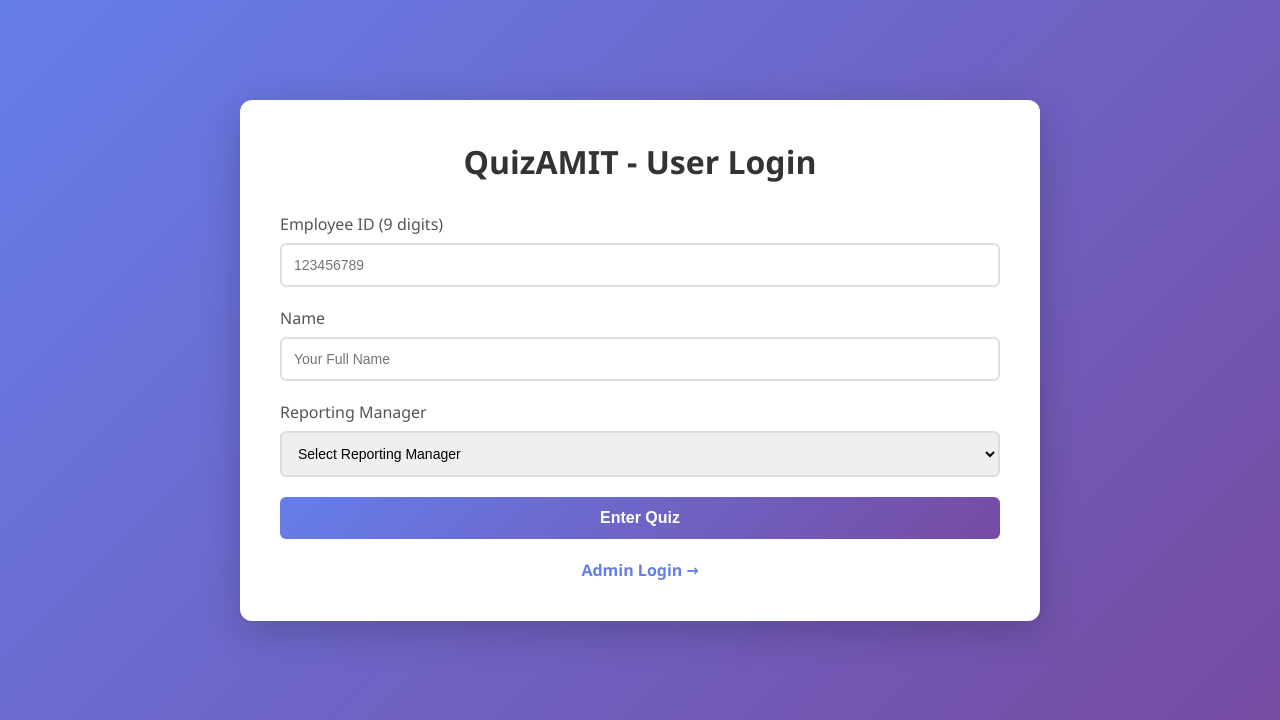
Repository: sivakumarun/wequiz
Page: frontend/index.html
The author's editor kept a copy of each file at every save. The page is drawn from the files as they stood at one save, then again after the next save.
The browser window is 1280 px wide. The pictures show the whole page.
The page's requests for data from a server got no answer.

Above is the page before, as saved 2026-02-05 01:33:58.

### frontend/index.html
<!DOCTYPE html>
<html lang="en">
<head>
    <meta charset="UTF-8">
    <meta name="viewport" content="width=device-width, initial-scale=1.0">
    <title>QuizAMIT - Live Quiz and Poll Platform</title>
    <style>
        * {
            margin: 0;
            padding: 0;
            box-sizing: border-box;
        }
        body {
            font-family: 'Segoe UI', Tahoma, Geneva, Verdana, sans-serif;
            background: linear-gradient(135deg, #667eea 0%, #764ba2 100%);
            min-height: 100vh;
            display: flex;
            align-items: center;
            justify-content: center;
        }
        #root {
            width: 100%;
            max-width: 800px;
        }
        .container {
            background: white;
            border-radius: 12px;
            padding: 40px;
            box-shadow: 0 10px 40px rgba(0, 0, 0, 0.2);
        }
        h1 {
            color: #333;
            margin-bottom: 30px;
            text-align: center;
        }
        .form-group {
            margin-bottom: 20px;
        }
        label {
            display: block;
            margin-bottom: 8px;
            color: #555;
            font-weight: 500;
        }
        input, select {
            width: 100%;
            padding: 12px;
            border: 2px solid #ddd;
            border-radius: 6px;
            font-size: 14px;
            transition: border-color 0.3s;
        }
        input:focus, select:focus {
            outline: none;
            border-color: #667eea;
        }
        button {
            width: 100%;
            padding: 12px;
            background: linear-gradient(135deg, #667eea 0%, #764ba2 100%);
            color: white;
            border: none;
            border-radius: 6px;
            font-size: 16px;
            font-weight: 600;
            cursor: pointer;
            transition: transform 0.2s, box-shadow 0.2s;
        }
        button:hover {
            transform: translateY(-2px);
            box-shadow: 0 10px 20px rgba(102, 126, 234, 0.4);
        }
        .error {
            color: #e74c3c;
            font-size: 14px;
            margin-top: 5px;
        }
        .success {
            color: #27ae60;
            font-size: 14px;
            margin-top: 5px;
        }
    </style>
</head>
<body>
    <div id="root"></div>
    <script src="./app.js"></script>
</body>
</html>

### frontend/app.js
const API_BASE_URL = 'http://localhost:5000/api';
let currentUser = null;
let currentAdminToken = null;

// Initialize app
document.addEventListener('DOMContentLoaded', () => {
    checkUserSession();
});

// Check if user is already logged in
function checkUserSession() {
    const user = localStorage.getItem('user');
    if (user) {
        currentUser = JSON.parse(user);
        showUserDashboard();
    } else {
        showLoginPage();
    }
}

// Show login page
function showLoginPage() {
    const root = document.getElementById('root');
    root.innerHTML = `
        <div class="container">
            <h1>QuizAMIT - User Login</h1>
            <form id="loginForm">
                <div class="form-group">
                    <label for="employeeId">Employee ID (9 digits)</label>
                    <input type="text" id="employeeId" placeholder="123456789" required maxlength="9" pattern="[0-9]{9}">
                </div>
                <div class="form-group">
                    <label for="name">Name</label>
                    <input type="text" id="name" placeholder="Your Full Name" required>
                </div>
                <div class="form-group">
                    <label for="reportingManager">Reporting Manager</label>
                    <select id="reportingManager" required>
                        <option value="">Select Reporting Manager</option>
                    </select>
                </div>
                <button type="submit">Enter Quiz</button>
                <div id="loginError"></div>
            </form>
            <div style="text-align: center; margin-top: 20px;">
                <a href="#" onclick="showAdminLogin()" style="color: #667eea; text-decoration: none; font-weight: 600;">Admin Login →</a>
            </div>
        </div>
    `;

    loadReportingManagers();
    document.getElementById('loginForm').addEventListener('submit', handleUserLogin);
}

// Load reporting managers dropdown
async function loadReportingManagers() {
    try {
        const response = await fetch(`${API_BASE_URL}/reporting-managers`);
        const managers = await response.json();
        const select = document.getElementById('reportingManager');
        managers.forEach(manager => {
            const option = document.createElement('option');
            option.value = manager.name;
            option.textContent = manager.name;
            select.appendChild(option);
        });
    } catch (error) {
        console.error('Error loading managers:', error);
    }
}

// Handle user login
async function handleUserLogin(e) {
    e.preventDefault();
    const employeeId = document.getElementById('employeeId').value;
    const name = document.getElementById('name').value;
    const reportingManager = document.getElementById('reportingManager').value;

    try {
        const response = await fetch(`${API_BASE_URL}/user/login`, {
            method: 'POST',
            headers: { 'Content-Type': 'application/json' },
            body: JSON.stringify({ employeeId, name, reportingManager })
        });

        const user = await response.json();
        currentUser = user;
        localStorage.setItem('user', JSON.stringify(user));
        showUserDashboard();
    } catch (error) {
        document.getElementById('loginError').innerHTML = `<div class="error">Login failed. Please try again.</div>`;
    }
}

// Show user dashboard (waiting for questions)
function showUserDashboard() {
    const root = document.getElementById('root');
    root.innerHTML = `
        <div class="container">
            <div style="background: #f8f9fa; padding: 20px; border-radius: 8px; margin-bottom: 30px;">
                <div style="display: grid; grid-template-columns: repeat(3, 1fr); gap: 15px; margin-bottom: 15px;">
                    <div>
                        <strong style="color: #666;">Employee ID</strong>
                        <p style="font-size: 16px; color: #333;">${currentUser.employeeId}</p>
                    </div>
                    <div>
                        <strong style="color: #666;">Name</strong>
                        <p style="font-size: 16px; color: #333;">${currentUser.name}</p>
                    </div>
                    <div>
                        <strong style="color: #666;">Manager</strong>
                        <p style="font-size: 16px; color: #333;">${currentUser.reportingManager}</p>
                    </div>
                </div>
                <div style="text-align: right;">
                    <strong style="color: #667eea; font-size: 18px;">Points: ${currentUser.points || 0}</strong>
                </div>
            </div>

            <div style="background: linear-gradient(135deg, #667eea 0%, #764ba2 100%); color: white; padding: 60px 20px; border-radius: 8px; text-align: center; margin-bottom: 20px;">
                <h2 style="font-size: 32px; margin-bottom: 10px;">Waiting for Next Question...</h2>
                <p style="font-size: 18px; opacity: 0.9;">Stay tuned! A new question will appear here soon.</p>
            </div>

            <button onclick="logout()" style="background: #e74c3c;">Logout</button>
        </div>
    `;

    pollForQuestions();
}

// Poll for active questions
async function pollForQuestions() {
    setInterval(async () => {
        try {
            const response = await fetch(`${API_BASE_URL}/session`);
            const session = await response.json();
            if (session.activeQuestionId) {
                showQuestion(session.activeQuestionId);
                clearInterval();
            }
        } catch (error) {
            console.error('Error polling questions:', error);
        }
    }, 2000);
}

// Show question to user
function showQuestion(question) {
    const root = document.getElementById('root');
    root.innerHTML = `
        <div class="container">
            <div style="background: #f8f9fa; padding: 20px; border-radius: 8px; margin-bottom: 30px;">
                <div style="display: grid; grid-template-columns: repeat(3, 1fr); gap: 15px;">
                    <div>
                        <strong style="color: #666;">Employee ID</strong>
                        <p style="font-size: 14px; color: #333;">${currentUser.employeeId}</p>
                    </div>
                    <div>
                        <strong style="color: #666;">Name</strong>
                        <p style="font-size: 14px; color: #333;">${currentUser.name}</p>
                    </div>
                    <div>
                        <strong style="color: #666;">Manager</strong>
                        <p style="font-size: 14px; color: #333;">${currentUser.reportingManager}</p>
                    </div>
                </div>
            </div>

            <div style="background: white; border: 3px solid #667eea; border-radius: 8px; padding: 30px; margin-bottom: 20px;">
                <h2 style="color: #333; margin-bottom: 20px;">${question.text}</h2>
                <div id="optionsContainer" style="display: grid; grid-template-columns: 1fr; gap: 10px;"></div>
            </div>

            <button onclick="logout()" style="background: #e74c3c;">Logout</button>
        </div>
    `;

    renderOptions(question);
}

// Render question options
function renderOptions(question) {
    const container = document.getElementById('optionsContainer');
    if (question.options && question.options.length > 0) {
        question.options.forEach((option, index) => {
            const button = document.createElement('button');
            button.textContent = option;
            button.style.background = '#667eea';
            button.style.marginBottom = '10px';
            button.onclick = () => submitAnswer(question._id, option);
            container.appendChild(button);
        });
    }
}

// Submit answer
async function submitAnswer(questionId, answer) {
    try {
        await fetch(`${API_BASE_URL}/responses`, {
            method: 'POST',
            headers: { 'Content-Type': 'application/json' },
            body: JSON.stringify({
                userId: currentUser._id,
                questionId: questionId,
                answer: answer,
                responseTime: Date.now()
            })
        });
        showUserDashboard();
    } catch (error) {
        console.error('Error submitting answer:', error);
    }
}

// Show admin login
function showAdminLogin() {
    const root = document.getElementById('root');
    root.innerHTML = `
        <div class="container">
            <h1>Admin Login</h1>
            <form id="adminLoginForm">
                <div class="form-group">
                    <label for="adminPassword">Admin Password</label>
                    <input type="password" id="adminPassword" placeholder="Enter admin password" required>
                </div>
                <button type="submit">Login as Admin</button>
                <div id="adminError"></div>
            </form>
            <div style="text-align: center; margin-top: 20px;">
                <a href="#" onclick="showLoginPage()" style="color: #667eea; text-decoration: none; font-weight: 600;">← User Login</a>
            </div>
        </div>
    `;
    document.getElementById('adminLoginForm').addEventListener('submit', handleAdminLogin);
}

// Handle admin login
async function handleAdminLogin(e) {
    e.preventDefault();
    const password = document.getElementById('adminPassword').value;

    try {
        const response = await fetch(`${API_BASE_URL}/admin/login`, {
            method: 'POST',
            headers: { 'Content-Type': 'application/json' },
            body: JSON.stringify({ password })
        });

        const data = await response.json();
        if (data.token) {
            currentAdminToken = data.token;
            localStorage.setItem('adminToken', data.token);
            showAdminDashboard();
        }
    } catch (error) {
        document.getElementById('adminError').innerHTML = `<div class="error">Login failed. Please try again.</div>`;
    }
}

// Show admin dashboard
function showAdminDashboard() {
    const root = document.getElementById('root');
    root.innerHTML = `
        <div class="container">
            <h1>Admin Dashboard</h1>
            <div style="display: grid; grid-template-columns: 1fr 1fr; gap: 15px; margin-bottom: 30px;">
                <button onclick="showQuestionForm()" style="background: #27ae60; padding: 20px; font-size: 16px;">Add Question</button>
                <button onclick="showSessionControl()" style="background: #2980b9; padding: 20px; font-size: 16px;">Session Control</button>
                <button onclick="showLeaderboard()" style="background: #f39c12; padding: 20px; font-size: 16px;">View Leaderboard</button>
                <button onclick="logout()" style="background: #e74c3c; padding: 20px; font-size: 16px;">Logout</button>
            </div>
        </div>
    `;
}

// Show question form
function showQuestionForm() {
    const root = document.getElementById('root');
    root.innerHTML = `
        <div class="container">
            <h1>Create Question</h1>
            <form id="questionForm">
                <div class="form-group">
                    <label for="questionText">Question</label>
                    <textarea id="questionText" placeholder="Enter question" required style="height: 80px;"></textarea>
                </div>
                <div class="form-group">
                    <label for="questionType">Question Type</label>
                    <select id="questionType" required>
                        <option value="MCQ">Multiple Choice</option>
                        <option value="True/False">True/False</option>
                        <option value="Poll">Poll</option>
                    </select>
                </div>
                <div id="optionsDiv"></div>
                <button type="submit">Create Question</button>
            </form>
            <button onclick="showAdminDashboard()" style="background: #95a5a6; margin-top: 10px;">Back</button>
        </div>
    `;

    document.getElementById('questionType').addEventListener('change', updateQuestionForm);
    document.getElementById('questionForm').addEventListener('submit', handleCreateQuestion);
    updateQuestionForm();
}

// Update question form based on type
function updateQuestionForm() {
    const type = document.getElementById('questionType').value;
    const optionsDiv = document.getElementById('optionsDiv');

    let html = '';
    if (type === 'MCQ' || type === 'Poll') {
        html = `
            <div class="form-group">
                <label>Options (one per line)</label>
                <textarea id="options" placeholder="Option 1&#10;Option 2&#10;Option 3" required style="height: 100px;"></textarea>
            </div>
        `;
        if (type === 'MCQ') {
            html += `
                <div class="form-group">
                    <label for="correctAnswer">Correct Answer</label>
                    <input type="text" id="correctAnswer" placeholder="Enter correct answer" required>
                </div>
            `;
        }
    } else if (type === 'True/False') {
        html = `
            <div class="form-group">
                <label for="correctAnswer">Correct Answer</label>
                <select id="correctAnswer" required>
                    <option value="">Select</option>
                    <option value="True">True</option>
                    <option value="False">False</option>
                </select>
            </div>
        `;
    }
    optionsDiv.innerHTML = html;
}

// Handle create question
async function handleCreateQuestion(e) {
    e.preventDefault();
    const text = document.getElementById('questionText').value;
    const type = document.getElementById('questionType').value;
    const correctAnswer = document.getElementById('correctAnswer')?.value || '';
    const optionsText = document.getElementById('options')?.value || '';
    const options = optionsText ? optionsText.split('\n').map(o => o.trim()).filter(o => o) : [];

    try {
        await fetch(`${API_BASE_URL}/questions`, {
            method: 'POST',
            headers: {
                'Content-Type': 'application/json',
                'Authorization': `Bearer ${currentAdminToken}`
            },
            body: JSON.stringify({ text, type, options, correctAnswer, points: 10 })
        });
        alert('Question created successfully!');
        showAdminDashboard();
    } catch (error) {
        alert('Error creating question');
    }
}

// Show session control
function showSessionControl() {
    const root = document.getElementById('root');
    root.innerHTML = `
        <div class="container">
            <h1>Session Control</h1>
            <div id="questionsList"></div>
            <button onclick="showAdminDashboard()" style="background: #95a5a6; margin-top: 20px;">Back</button>
        </div>
    `;
    loadQuestionsForSession();
}

// Load questions for session control
async function loadQuestionsForSession() {
    try {
        const response = await fetch(`${API_BASE_URL}/questions`);
        const questions = await response.json();
        const container = document.getElementById('questionsList');

        container.innerHTML = questions.map(q => `
            <div style="background: #f8f9fa; padding: 15px; margin-bottom: 10px; border-radius: 6px;">
                <h3 style="margin-bottom: 10px;">${q.text}</h3>
                <button onclick="launchQuestion('${q._id}')" style="background: #27ae60; margin-right: 10px;">Launch Question</button>
                <button onclick="endQuestion()" style="background: #e74c3c;">End Question</button>
            </div>
        `).join('');
    } catch (error) {
        console.error('Error loading questions:', error);
    }
}

// Launch question to users
async function launchQuestion(questionId) {
    try {
        await fetch(`${API_BASE_URL}/session/start-question`, {
            method: 'POST',
            headers: {
                'Content-Type': 'application/json',
                'Authorization': `Bearer ${currentAdminToken}`
            },
            body: JSON.stringify({ questionId })
        });
        alert('Question launched!');
    } catch (error) {
        alert('Error launching question');
    }
}

// End current question
async function endQuestion() {
    try {
        await fetch(`${API_BASE_URL}/session/end-question`, {
            method: 'POST',
            headers: {
                'Authorization': `Bearer ${currentAdminToken}`
            }
        });
        alert('Question ended!');
        loadQuestionsForSession();
    } catch (error) {
        alert('Error ending question');
    }
}

// Show leaderboard
function showLeaderboard() {
    const root = document.getElementById('root');
    root.innerHTML = `
        <div class="container">
            <h1>Leaderboard</h1>
            <div id="leaderboardList"></div>
            <button onclick="showAdminDashboard()" style="background: #95a5a6; margin-top: 20px;">Back</button>
        </div>
    `;
    loadLeaderboard();
}

// Load leaderboard
async function loadLeaderboard() {
    try {
        const response = await fetch(`${API_BASE_URL}/leaderboard`);
        const users = await response.json();
        const container = document.getElementById('leaderboardList');

        container.innerHTML = users.map((u, index) => `
            <div style="background: #f8f9fa; padding: 15px; margin-bottom: 10px; border-radius: 6px; display: flex; justify-content: space-between; align-items: center;">
                <div>
                    <strong style="font-size: 18px;">#${index + 1}</strong>
                    <p style="margin-top: 5px;">${u.name} (ID: ${u.employeeId})</p>
                    <small style="color: #666;">Manager: ${u.reportingManager}</small>
                </div>
                <div style="text-align: right;">
                    <strong style="font-size: 24px; color: #667eea;">${u.points || 0}</strong>
                    <p style="color: #666;">Points</p>
                </div>
            </div>
        `).join('');
    } catch (error) {
        console.error('Error loading leaderboard:', error);
    }
}

// Logout
function logout() {
    localStorage.removeItem('user');
    localStorage.removeItem('adminToken');
    currentUser = null;
    currentAdminToken = null;
    showLoginPage();
}

After the next save:
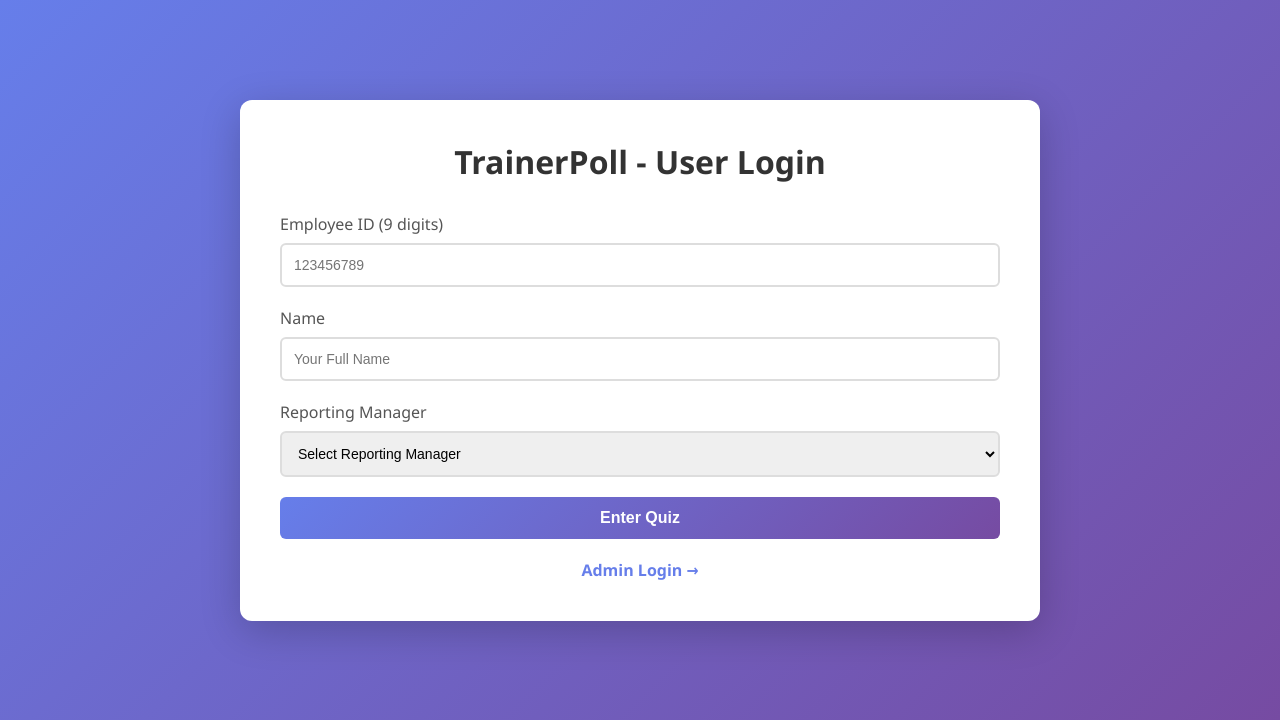
Saved 16 min 4 s later.
--- a/frontend/index.html
+++ b/frontend/index.html
@@ -3,7 +3,7 @@
 <head>
     <meta charset="UTF-8">
     <meta name="viewport" content="width=device-width, initial-scale=1.0">
-    <title>QuizAMIT - Live Quiz and Poll Platform</title>
+    <title>TrainerPoll - Live Quiz and Poll Platform</title>
     <style>
         * {
             margin: 0;
--- a/frontend/app.js
+++ b/frontend/app.js
@@ -23,7 +23,7 @@ function showLoginPage() {
     const root = document.getElementById('root');
     root.innerHTML = `
         <div class="container">
-            <h1>QuizAMIT - User Login</h1>
+            <h1>TrainerPoll - User Login</h1>
             <form id="loginForm">
                 <div class="form-group">
                     <label for="employeeId">Employee ID (9 digits)</label>
